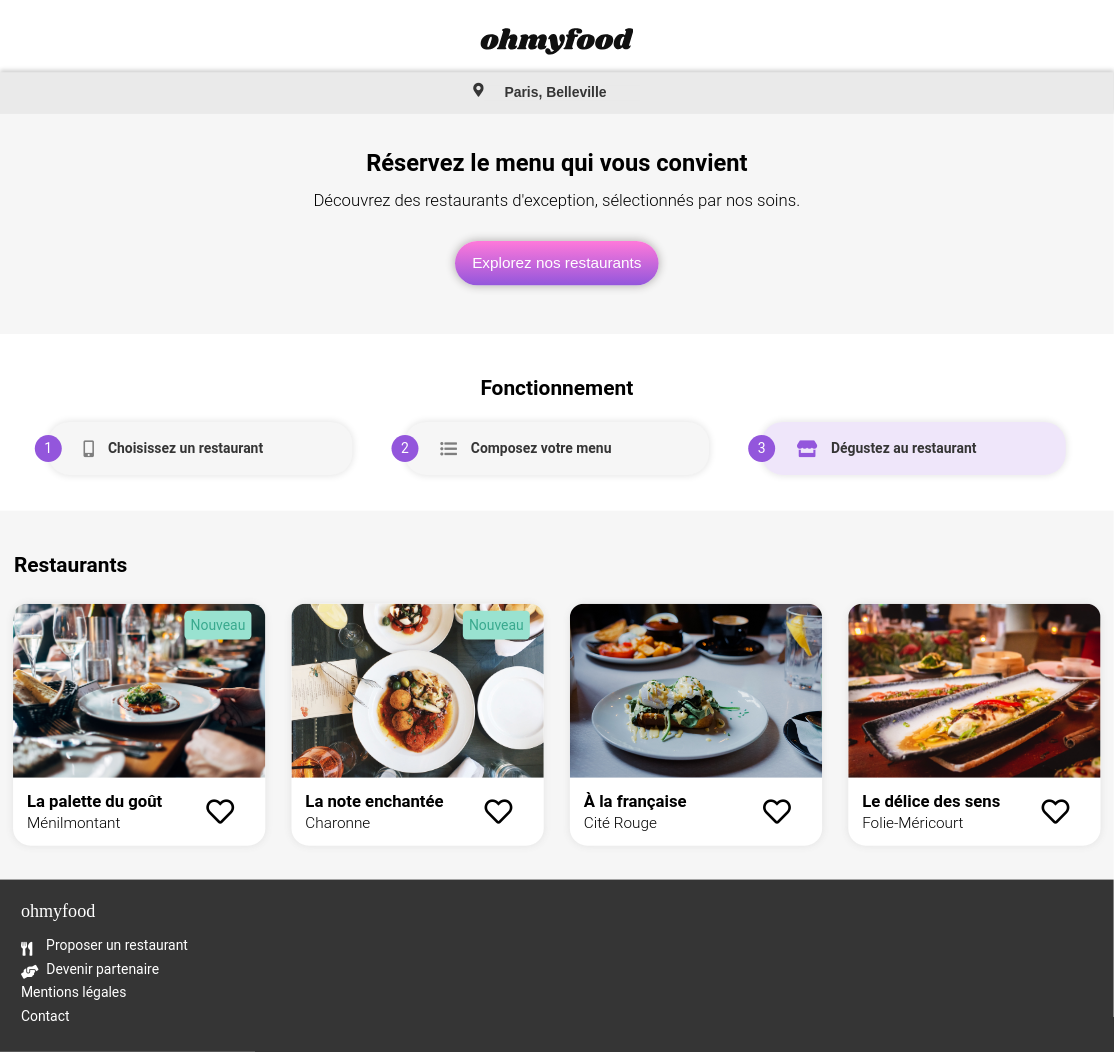
Repository: AlexisTisserand/AlexisTisserand_3_24112020
Page: index.html
These files come from the project's save history. The page is drawn as it stood at one moment and after the next save; the edit follows.
The browser window is 1280 px wide. The pictures show the whole page, at 87% of full size.
Some web libraries are served in a nearby version. The style sheet was rebuilt from its Sass, Less or Tailwind sources for each picture, by a compiler version that may differ from the author's.

Above is the page before, as saved 2020-12-09 14:57:59.

After the next save:
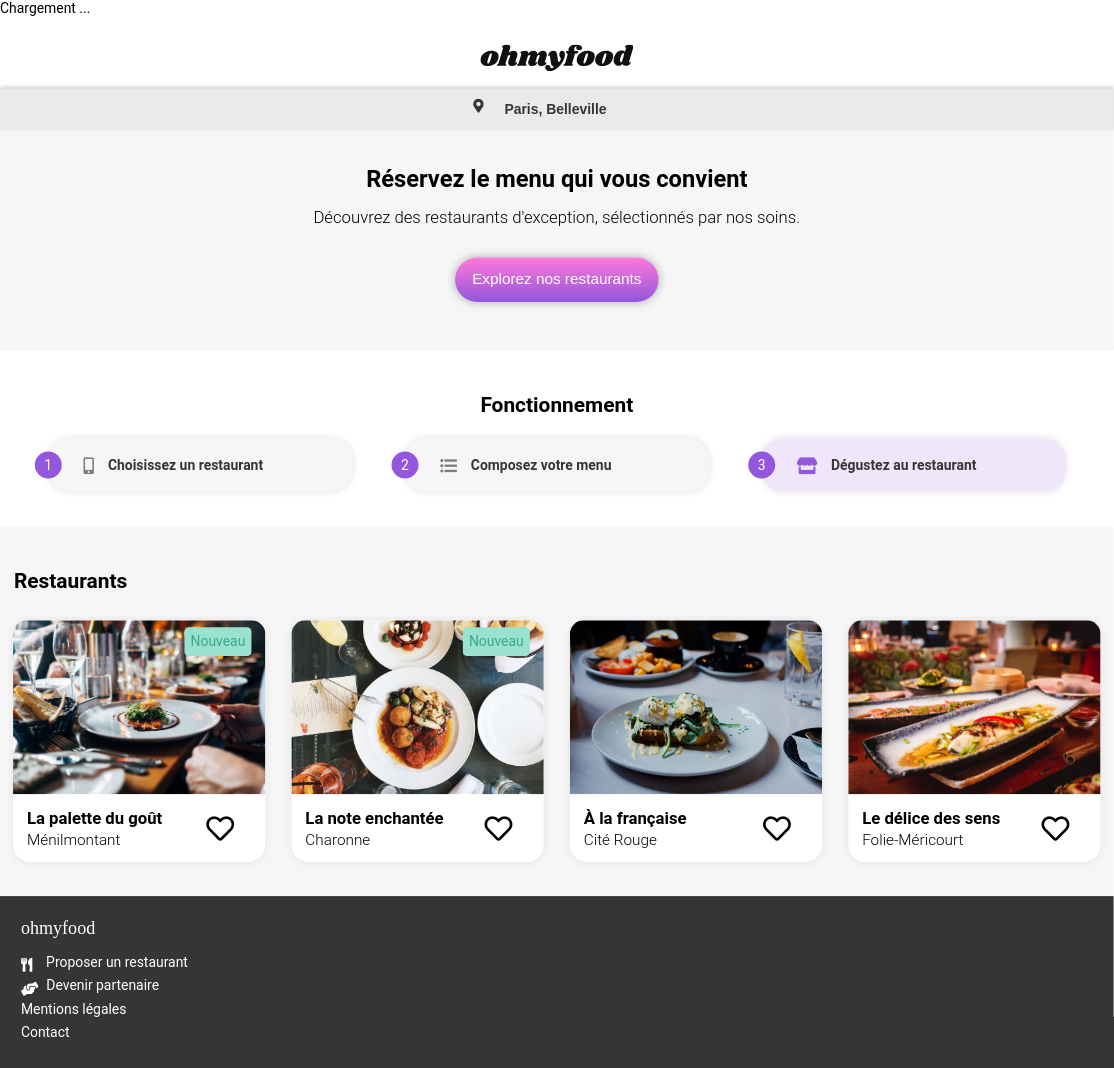
Saved 2 min 24 s later.
--- a/index.html
+++ b/index.html
@@ -15,6 +15,10 @@
 <body>
 
 <!--LOADING SPINNER-->
+<section>
+    <span class="loader-quart"></span>
+    Chargement ...
+</section>
 
 
 <div id="bloc-page">
